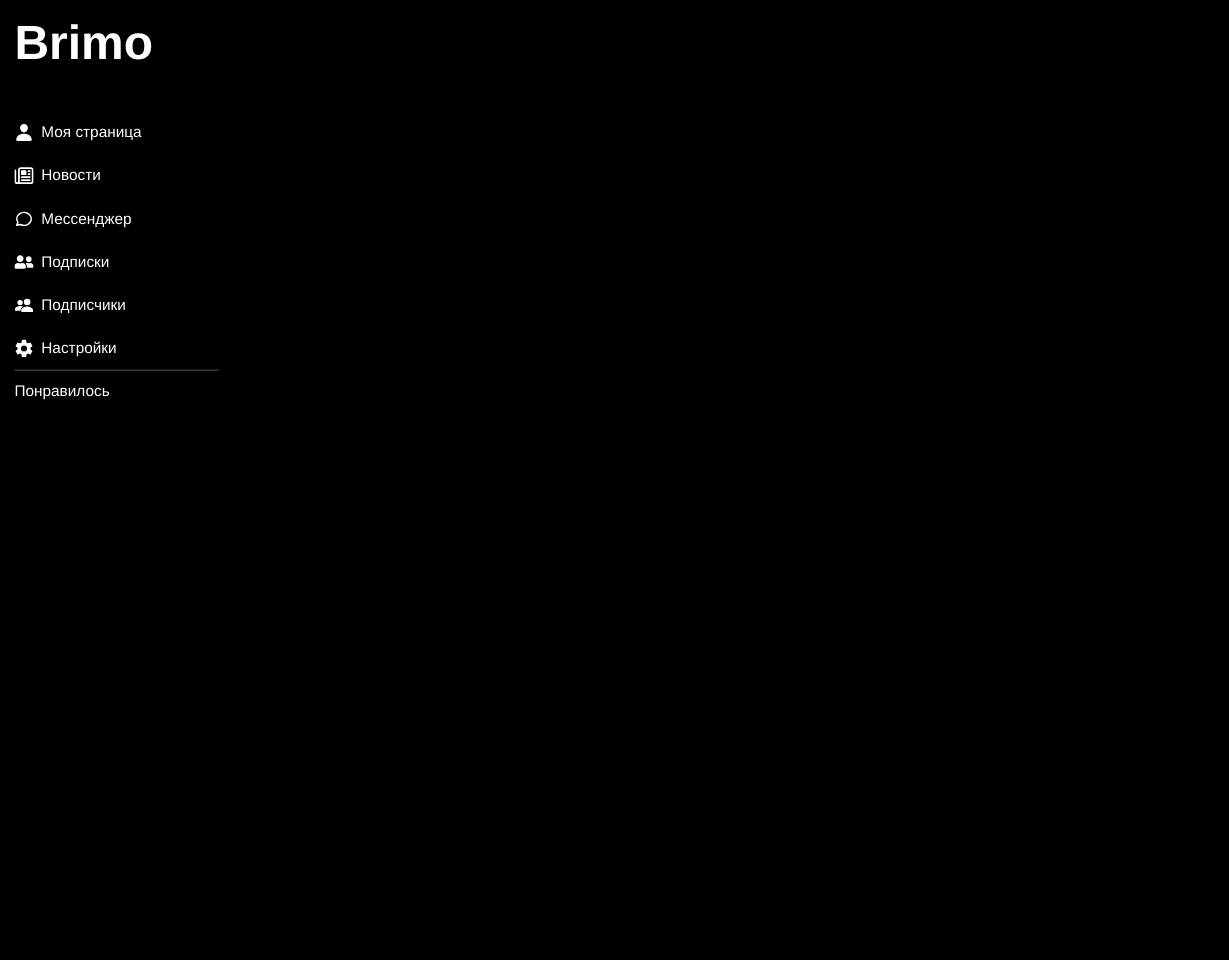
Repository: MaksimKrupkin/socialNetwork
Page: / (app in frontend/socialNetworkFrontend/)
An editor plug-in stored every save of this project. The page is shown before and after a run of saves, followed by the edit.
The browser window is 1280 px wide. The pictures show the whole page, at 96% of full size.
The project was rebuilt for these pictures with package versions that can differ from the ones it lists, and the page was loaded fresh each time. Also part of the build but not shown: frontend/socialNetworkFrontend/vite.config.js, frontend/socialNetworkFrontend/src/index.css.

Above is the page before, as saved 2024-11-27 20:10:57.

### frontend/socialNetworkFrontend/index.html
<!DOCTYPE html>
<html lang="en">
  <head>
    <meta charset="UTF-8" />
    <link rel="icon" type="image/svg+xml" href="/vite.svg" />
    <meta name="viewport" content="width=device-width, initial-scale=1.0" />
    <title>Brimo</title>
  </head>
  <body>
    <div id="root"></div>
    <script type="module" src="/src/main.jsx"></script>
  </body>
</html>

### frontend/socialNetworkFrontend/src/App.jsx
import './App.css';
import { Routes, Route } from 'react-router-dom';
import MainPage from './Pages/MainPage/MainPage';

function App() {
  return (
    <div>
      <Routes>
        <Route path="/" element={<MainPage />} />
      </Routes>
    </div>
  );
}

export default App;

### frontend/socialNetworkFrontend/src/Pages/MainPage/MainPage.jsx
import React from 'react';
import styles from './MainPage.module.scss';
import Navigation from '../../Components/Navigation/Navigation';

function MainPage() {
  return (
    <div className={styles.wrapper}>
      <header className={styles.header}>
        <div className={styles.logo}>Brimo</div>
      </header>
      <Navigation />
    </div>
  );
}
export default MainPage;

### frontend/socialNetworkFrontend/src/Pages/MainPage/MainPage.module.scss
.wrapper {
  margin: 0 auto;
  background-color: black;
  width: 100%;
  height: 1000px;
  color: white;
  font-weight: 700;
  font-family: 'Favorit Modern', 'Helvetica Neue', 'HelveticaNeue', Arial, Helvetica, sans-serif;
  .header {
    height: 100px;
    padding: 15px;
    .logo {
      font-size: 50px;
    }
  }
}

### frontend/socialNetworkFrontend/src/Components/Navigation/Navigation.jsx
import React from 'react';
import styles from './Navigation.module.scss';
import { FaRegNewspaper } from 'react-icons/fa6';
import { TbMessageCircle } from 'react-icons/tb';
import { IoPerson } from 'react-icons/io5';
import { FaUserFriends } from 'react-icons/fa';
import { IoPeopleSharp } from 'react-icons/io5';
import { IoSettingsSharp } from 'react-icons/io5';

const Navigation = () => {
  return (
    <div className={styles.wrapper}>
      <div className={styles.item}>
        <IoPerson fontSize={20} />
        <span className={styles.text}>Моя страница</span>
      </div>
      <div className={styles.item}>
        <FaRegNewspaper fontSize={20} />
        <span className={styles.text}>Новости</span>
      </div>
      <div className={styles.item}>
        <TbMessageCircle fontSize={20} />
        <span className={styles.text}>Мессенджер</span>
      </div>
      <div className={styles.item}>
        <FaUserFriends fontSize={20} />
        <span className={styles.text}>Подписки</span>
      </div>
      <div className={styles.item}>
        <IoPeopleSharp fontSize={20} />
        <span className={styles.text}>Подписчики</span>
      </div>
      <div className={styles.item}>
        <IoSettingsSharp fontSize={20} />
        <span className={styles.text}>Настройки</span>
      </div>
      <hr className={styles.line} />
      <div className={styles.item}>
        <span className={styles.text}>Понравилось</span>
      </div>
      <div className={styles.create_new}></div>
    </div>
  );
};

export default Navigation;

### frontend/socialNetworkFrontend/src/Components/Navigation/Navigation.module.scss
.wrapper {
  width: 19%;
  margin-top: 0px;
  padding: 15px;
  overflow-y: hidden;
}
.item {
  height: 45px;
  display: flex;
  align-items: center;
  justify-content: flex-start;
  gap: 8px;
}
.text {
  font-size: 16px;
  font-weight: 300;
}
.line {
  width: 100%;
  height: 0.5px;
  background-color: rgb(83, 83, 90);
  border: none;
}

Loaded but not shown: frontend/socialNetworkFrontend/src/main.jsx (common file); frontend/socialNetworkFrontend/src/App.css (common file)

After the next 3 saves:
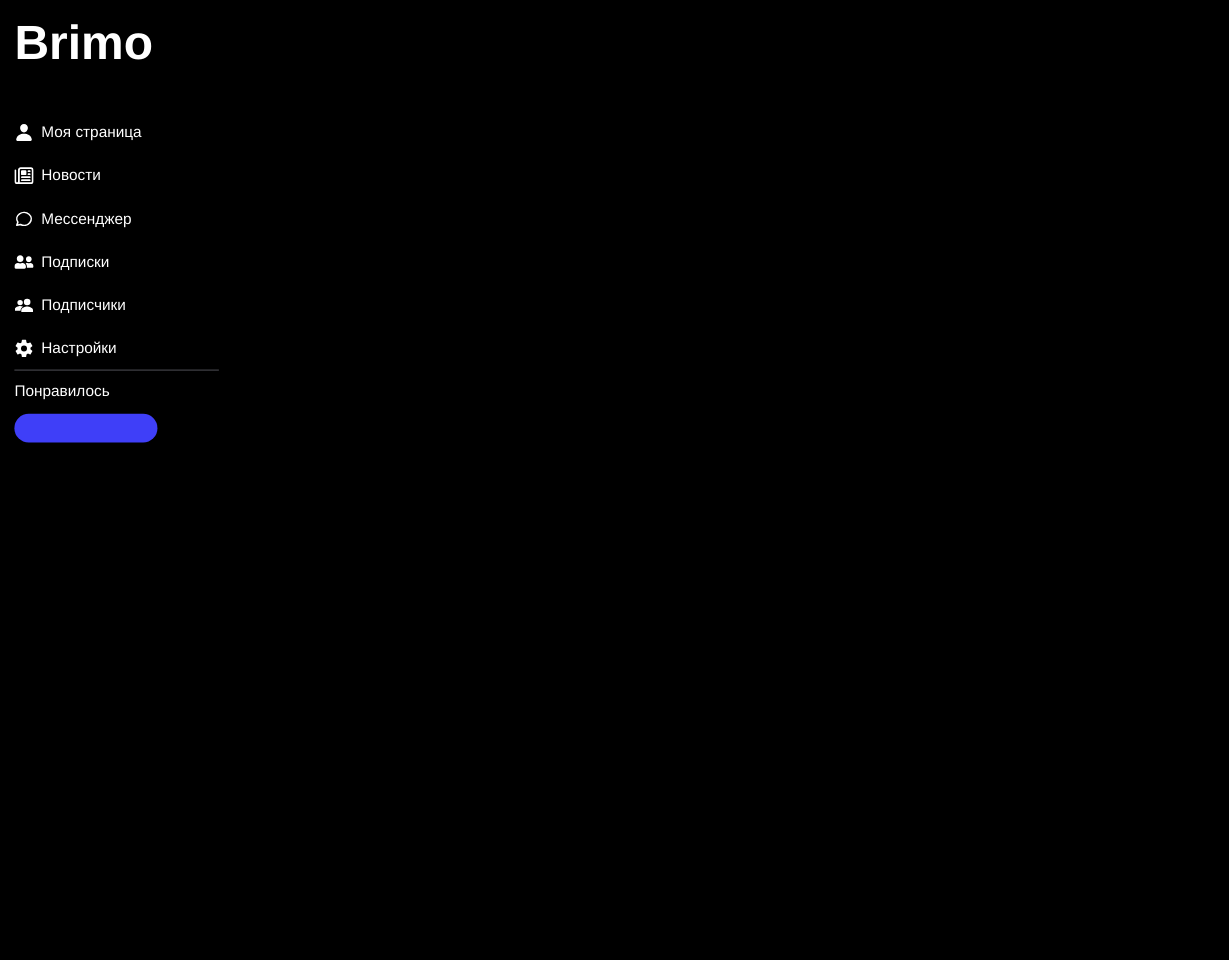
The 3 saves are shown as one change because they came seconds apart.
The last was saved 60 s later.
--- a/frontend/socialNetworkFrontend/src/Components/Navigation/Navigation.module.scss
+++ b/frontend/socialNetworkFrontend/src/Components/Navigation/Navigation.module.scss
@@ -21,3 +21,10 @@
   background-color: rgb(83, 83, 90);
   border: none;
 }
+
+.create_new {
+  width: 70%;
+  height: 30px;
+  background-color: rgb(63, 63, 248);
+  border-radius: 15px;
+}
